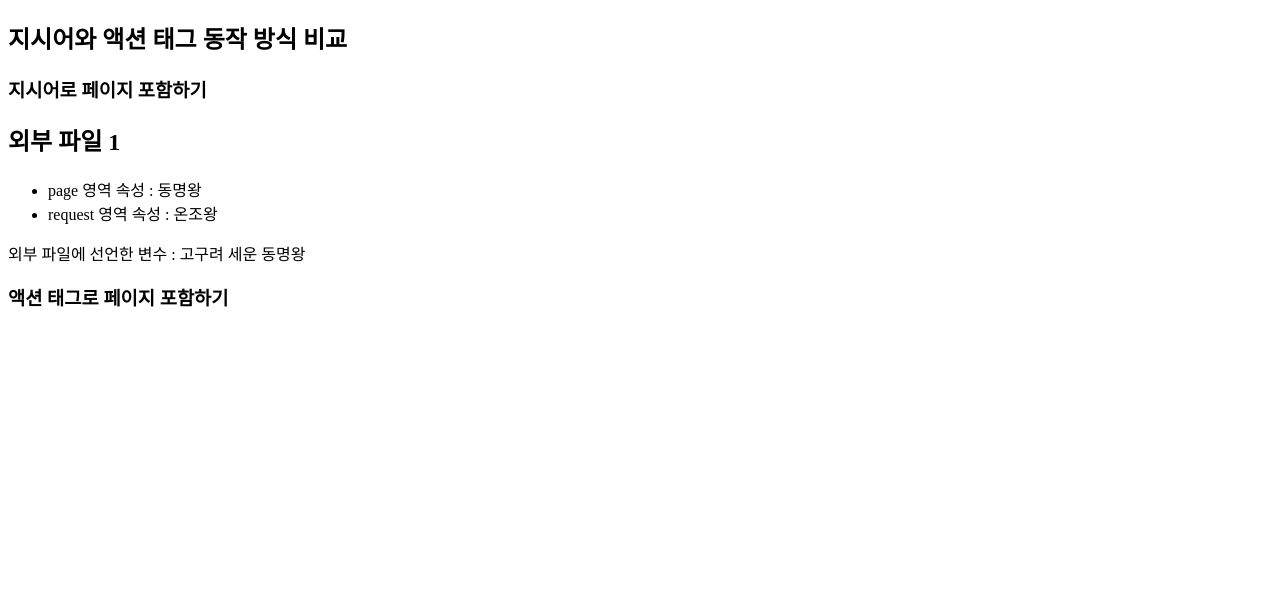
Repository: SteelIndustry/neo
Page: http://localhost/HelloWorld/07ActionTag/ForwardSub.jsp
The author's editor kept a copy of each file at every save. The page is drawn from the files as they stood at one save, then again after the next save.
The browser window is 1280 px wide. The pictures show the whole page.
The page is served by Tomcat 9.

Above is the page before, as saved 2022-09-07 01:19:21.

After the next save:
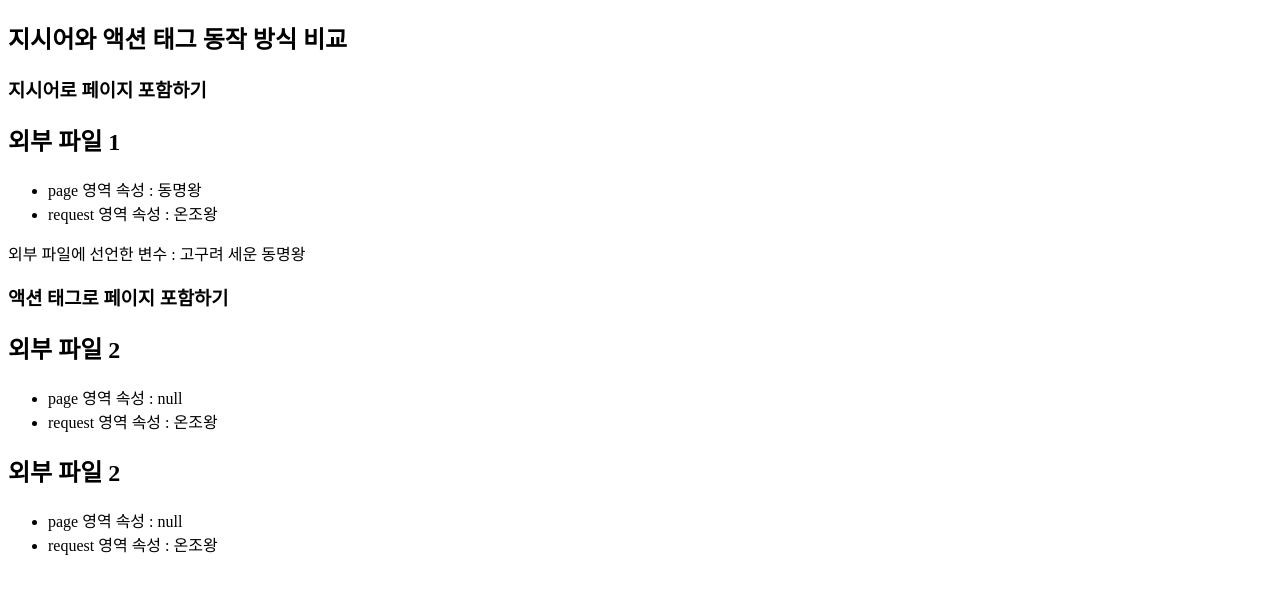
Saved 51 s later.
--- a/WebJSP/HelloWorld/WebContent/07ActionTag/ForwardSub.jsp
+++ b/WebJSP/HelloWorld/WebContent/07ActionTag/ForwardSub.jsp
@@ -24,5 +24,7 @@ request.setAttribute("rAttr", "온조왕");
 
 	<!-- 액션 태그 방식 -->
 	<h3>액션 태그로 페이지 포함하기</h3>
+	<jsp:include page="./inc/OuterPage2.jsp"/>
+	<jsp:include page='<%=outerPath2%>'/>
 </body>
 </html>
